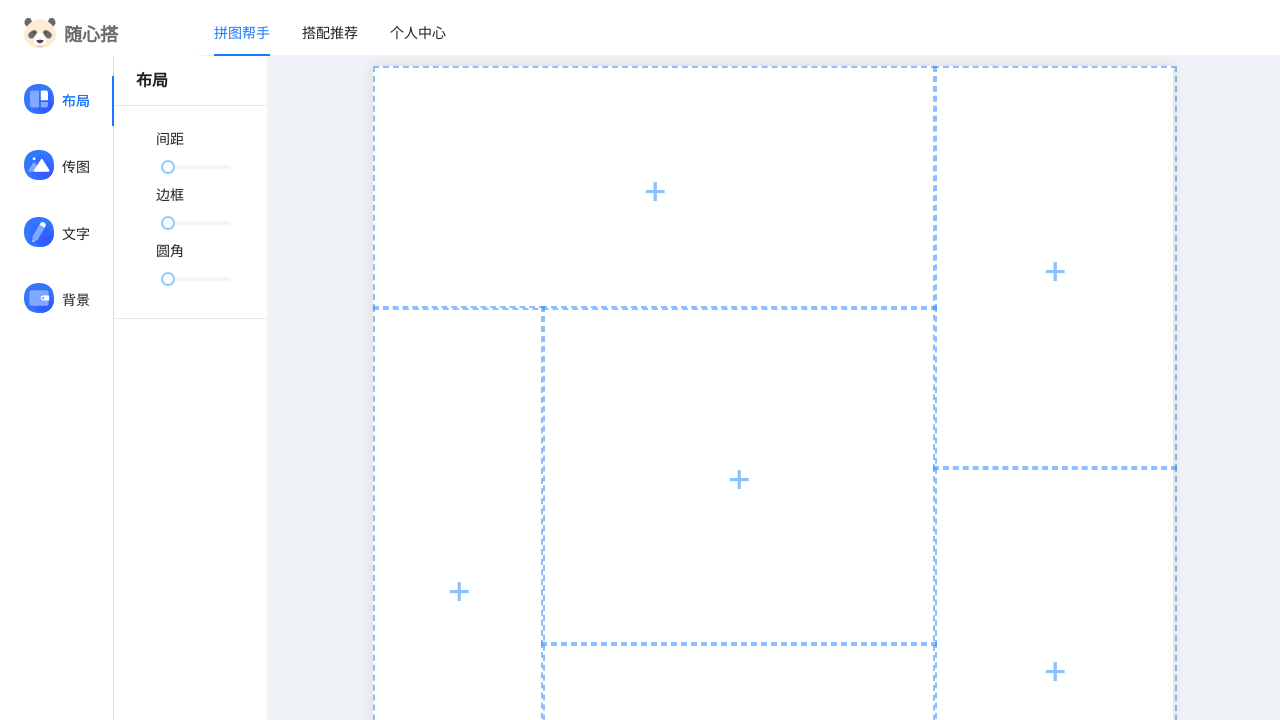
Repository: zzq1101921989/low-code
Page: /
These files come from the project's save history. The page is drawn as it stood at one moment and after the next save; the edit follows.
The browser window is 1280 px wide. The pictures show the whole page.
The project was rebuilt for these pictures with package versions that can differ from the ones it lists, and the page was loaded fresh each time. Also part of the build but not shown: vite.config.ts, src/pages/admin/index.tsx, src/components/icon/ClothesIcon.tsx, src/components/icon/HairIcon.tsx, src/components/icon/PantsIcon.tsx, src/components/icon/ShoeIcon.tsx, src/pages/recommend/index.tsx.

Above is the page before, as saved 2023-05-22 00:41:22.

### index.html
<!DOCTYPE html>
<html lang="en">
  <head>
    <meta charset="UTF-8" />
    <link rel="icon" type="image/svg+xml" href="/vite.svg" />
    <meta name="viewport" content="width=device-width, initial-scale=1.0" />
    <title>搭配选择困难症？不懂搭？就来随心搭，找到属于自己的穿搭技巧</title>
  </head>
  <body>
    <div id="root"></div>
    <script type="module" src="/src/main.tsx"></script>
  </body>
</html>

### src/main.tsx
import ReactDOM from "react-dom/client";
import App from "./App";
import "./reset.css";

ReactDOM.createRoot(document.getElementById("root") as HTMLElement).render(
  <App />
);

### src/App.tsx
import { BrowserRouter, Navigate, Route, Routes } from "react-router-dom";
import LayoutComponent from "./components/layout";
import { routerConfig } from "./routers";

const App = () => {
  return (
    <BrowserRouter>
      <Routes>
        <Route path="/" element={<LayoutComponent />}>
          {/* 重定向 */}
          <Route path="/" element={<Navigate to="/home" />} />
          {routerConfig.map((item) => (
            <Route path={item.path} key={item.name} element={item.element} />
          ))}
        </Route>
        <Route path="*" element={<div>404</div>} />
      </Routes>
    </BrowserRouter>
  );
};

export default App;

### src/reset.css
html,body,div,span,applet,object,h1,h2,h3,h4,h5,h6,p,blockquote,pre,a,abbr,acronym,address,big,cite,code,del,dfn,em,img,ins,kbd,q,s,samp,small,strike,strong,sub,sup,tt,var,b,u,i,center,dl,dt,dd,ol,ul,li,fieldset,form,label,legend,table,caption,tbody,tfoot,thead,tr,th,td,article,aside,canvas,details,embed,figure,figcaption,footer,header,hgroup,menu,nav,output,ruby,section,summary,time,mark,audio,video {
	margin:0;
	padding:0;
	border:0;
	font-size:100%;
	font:inherit;
	font-weight:normal;
	vertical-align:baseline;
}
/* HTML5 display-role reset for older browsers */
article,aside,details,figcaption,figure,footer,header,hgroup,menu,nav,section {
	display:block;
}
ol,ul,li {
	list-style:none;
}
blockquote,q {
	quotes:none;
}
blockquote:before,blockquote:after,q:before,q:after {
	content:'';
	content:none;
}
table {
	border-collapse:collapse;
	border-spacing:0;
}
th,td {
	vertical-align:middle;
}
/* custom */
a {
	outline:none;
	color:#16418a;
	text-decoration:none;
	-webkit-backface-visibility: hidden;
}
a:focus {
	outline:none;
}
input:focus,select:focus,textarea:focus {
	outline:-webkit-focus-ring-color auto 0;
}

### src/routers/index.tsx
import { RouteObject } from "react-router-dom";
import Admin from "../pages/admin";
import Home from "../pages/home";
import Recommend from "../pages/recommend";

export const routerConfig: (RouteObject & { name: string })[] = [
  {
    path: "home",
    name: "拼图帮手",
    element: <Home />,
  },
  {
    path: "recommend",
    name: "搭配推荐",
    element: <Recommend />,
  },
  {
    path: "admin",
    name: "个人中心",
    element: <Admin />,
  },
];

### src/components/header/index.tsx
import { Menu, MenuProps } from "antd";
import { Link, useLocation } from "react-router-dom";
import { routerConfig } from "../../routers";

export default function HeaderComponent() {

  const locaiton = useLocation();

  const items: MenuProps["items"] = routerConfig.map((key) => ({
    key: key.path,
    label: <Link to={`/${key.path}`}>{key.name}</Link>,
  }));

  return (
    <Menu
      style={{ flex: 1 }}
      mode="horizontal"
      selectedKeys={[locaiton.pathname.split("/")[1]]}
      items={items}
    />
  );
}

### src/components/layout/index.module.less
.syd-layout {
  width: 100%;
  height: 100vh;
  display: flex;
  flex-direction: column;
  overflow: hidden;
  .syd-header {
    display: flex;
    width: 100%;
    align-items: center;
    padding: 10px 24px 0 24px;
    background-color: #fff;
    .logo {
      margin-right: 80px;
    }
  }
  .syd-content {
    flex: auto;
    background: #eff2f6;
  }
}

### src/pages/home/index.tsx
import { Col, Row } from "antd";
import { FC, useState } from "react";
import { DrawImage, Menu } from "./features";
import styles from "./index.module.less";

// 最大的间距是多少
const maxPedding = 60

// 最大的边框
const maxBorder = 0

const Home: FC = () => {

  const [ paddingPercentage, setPaddingPercentage ] = useState(10)

  // 当前计算出来的间距是多少
  const padding = Math.round(maxPedding * (paddingPercentage / 100))

  return (
    <Row style={{ height: "100%" }} className={styles.homeContainer}>
      <Col xl={5}>
        <Menu paddingPercentage={paddingPercentage} setPaddingPercentage={setPaddingPercentage} />
      </Col>
      <Col xl={19}>
        <DrawImage padding={padding} />
      </Col>
    </Row>
  );
};

export default Home;

### src/pages/home/features/index.tsx
export { default as Area } from './Area';
export { default as DrawImage } from './DrawImage';
export { default as Menu } from './Menu';

### src/pages/home/index.module.less
.homeContainer {
    :global{
        .ant-tabs-tabpane {
            padding-left: 0 !important
        }
        .ant-tabs-nav-wrap {
            padding-top: 20px;
        }
    }
}

### src/pages/home/features/Area/index.tsx
import { FC, ReactNode } from "react";
import styles from "./index.module.less";

interface AreaProps {
  /**
   * @name 头部区域内容
   */
  header: string | ReactNode;

  /**
   * @name 中间区域内容
   */
  centre?: string | ReactNode;
}
const Area: FC<AreaProps> = (props) => {
  const { header, centre } = props;

  return (
    <div className={`${styles["area-container"]}`}>
      <div
        className={`${styles["area-container-header"]} ${styles.padding} ${styles.borderBottom}`}
      >
        {header}
      </div>
      {centre && (
        <div
          className={`${styles["area-container-centre"]} ${styles.padding} ${styles["borderBottom"]}`}
        >
          {centre}
        </div>
      )}
    </div>
  );
};

export default Area;

### src/pages/home/features/DrawImage/index.tsx
import { FC, useEffect, useRef, useState } from "react";
import { ContextMenu } from "../../components";
import LayoutBox, { LayoutConfig } from "./LayoutBox";

const initContextMenu = {
  open: false,
  x: 0,
  y: 0,
};

// 每行最多能有多少box
const containerWidth = 800;
const containerHeight = 800;

type DrawImageProps = {
  /**
   * 间距
   */
  padding: number;
};

const DrawImage: FC<DrawImageProps> = (props) => {
  const { padding } = props;

  const ele = useRef<HTMLDivElement | null>(null);

  // 记录一下当前点击的容器
  const pendingUplaodBox = useRef<ParentNode | null>(null);

  const fileRef = useRef<HTMLInputElement | null>(null);

  const [contextMenu, setContextMenu] = useState<{
    open: boolean;
    x: number;
    y: number;
  }>(initContextMenu);

  const [activeBoxIndex, setActiveBoxIndex] = useState<number | undefined>();

  // 组织右键菜单的默认事件
  useEffect(() => {
    const uploadBtn = document.getElementById("uploadBtn");

    const contextmenuFn = (e: MouseEvent) => {
      e.preventDefault();
    };

    const mousedownFn = (e: MouseEvent) => {
      if (e.target && (e.button === 0 || e.button === 2)) {
        // 获取上传区域的dom
        const type = (e.target as HTMLElement).getAttribute("data-type");
        const index = (e.target as HTMLElement).getAttribute("data-index");
        if (type === "add") {
          const offsetLeftTotal =
            ele.current!.offsetLeft +
            (ele.current!.parentNode as HTMLElement | null)!.offsetLeft;
          const offsetTopTotal =
            ele.current!.offsetTop +
            (ele.current!.parentNode as HTMLElement | null)!.offsetTop;
          setContextMenu({
            open: true,
            x: e.clientX - offsetLeftTotal,
            y: e.clientY - offsetTopTotal + 10,
          });
          setActiveBoxIndex(Number(index));
          pendingUplaodBox.current = (e.target as HTMLElement).parentNode;
        }
      }
    };

    const click = () => {
      fileRef.current?.click();
    };

    const readerFile = (e: any) => {
      const file = e.target.files[0];
      const urlData = URL.createObjectURL(file);
      const container = pendingUplaodBox.current as HTMLElement;
      const image = container.getElementsByTagName("image")[0];
      if (image) {
        const clientWidth = container.clientWidth;
        const clientHeight = container.clientHeight;

        // 显示图片
        image.setAttributeNS(
          "http://www.w3.org/1999/xlink",
          "xlink:href",
          urlData
        );

        // 防止内存泄露，释放图片内存
        image.addEventListener("load", () => {
          URL.revokeObjectURL(urlData);
        });

        // 解决上传同一个文件，浏览器认为没变化，而造成读取失败的问题
        fileRef.current!.value = "";

        (container.parentNode as HTMLElement)!.style.width = clientWidth + "px";
        (container.parentNode as HTMLElement)!.style.height =
          clientHeight + "px";
      }
      setContextMenu(initContextMenu);
    };

    uploadBtn?.addEventListener("click", click);

    fileRef.current?.addEventListener("change", readerFile);

    if (ele.current) {
      ele.current.addEventListener("contextmenu", contextmenuFn);
      ele.current.addEventListener("mousedown", mousedownFn);
    }

    return () => {
      uploadBtn?.removeEventListener("click", click);
      fileRef.current?.removeEventListener("change", readerFile);
      ele.current?.removeEventListener("contextmenu", contextmenuFn);
      ele.current?.removeEventListener("mousedown", mousedownFn);
    };
  }, []);

  // 定义一个索引，表示每个ItemBox的编号
  let itemIndex = 0;

  /**
   * direction 代表排列方向
   * width 取小数，代表的是百分比
   */
  const layoutConfig: LayoutConfig[] = [
    {
      direction: "left",
      width: 1,
      height: 1,
      value: [
        {
          direction: "top",
          width: 0.7,
          height: 1,
          value: [
            {
              direction: "none",
              width: 1,
              height: 0.3,
            },
            {
              direction: "left",
              width: 1,
              height: 0.7,
              value: [
                {
                  width: 0.3,
                  height: 1,
                  direction: "none",
                },
                {
                  direction: "top",
                  width: 0.7,
                  height: 1,
                  value: [
                    {
                      direction: "none",
                      width: 1,
                      height: 0.6,
                    },
                    {
                      direction: "none",
                      width: 1,
                      height: 0.4,
                    },
                  ],
                },
              ],
            },
          ],
        },
        {
          direction: "top",
          width: 0.3,
          height: 1,
          value: [
            {
              direction: "none",
              width: 1,
              height: 0.5,
            },
            {
              direction: "none",
              width: 1,
              height: 0.5,
            },
          ],
        },
      ],
    }
  ];

  return (
    <div
      ref={ele}
      style={{
        position: "relative",
        width: containerWidth,
        height: containerHeight,
        margin: "10px auto",
        background: "#fff",
        boxShadow: "0 0 10px #d9d6d6",
      }}
    >
      <LayoutBox
        layoutConfig={layoutConfig}
        containerWidth={containerWidth}
        containerHeight={containerHeight}
        padding={padding}
      />

      {/* <Row gutter={[16, 16]} style={{ height: "100%" }}>
        <Col span={24}>
          <ItemBox areaHeight={2 * 200} dataIndex={itemIndex} activeIndex={activeBoxIndex} />
        </Col>
        <Col span={24}>
          <Row gutter={[16, 16]} style={{ height: "100%" }}>
            <Col span={12}>
              <ItemBox areaHeight={2 * 200} dataIndex={++itemIndex} activeIndex={activeBoxIndex} />
            </Col>
            <Col span={12}>
              <Row gutter={[16, 16]} style={{ height: "100%" }}>
                <Col span={24}>
                  <ItemBox
                    areaHeight={200}
                    dataIndex={++itemIndex}
                    activeIndex={activeBoxIndex}
                  />
                </Col>
                <Col span={24}>
                  <ItemBox
                    areaHeight={200}
                    dataIndex={++itemIndex}
                    activeIndex={activeBoxIndex}
                  />
                </Col>
              </Row>
            </Col>
          </Row>
        </Col>
      </Row> */}
      <ContextMenu
        left={contextMenu.x}
        top={contextMenu.y}
        open={contextMenu.open}
      />
      {/* 上传元素 */}
      <input
        ref={fileRef}
        type="file"
        id="cellImgPicker"
        accept="image/jpeg,image/png"
        style={{ display: "none" }}
      />
    </div>
  );
};

export default DrawImage;

### src/pages/home/features/Menu/index.tsx
import { Slider, Space, Tabs, TabsProps } from "antd";
import { Dispatch, FC } from "react";
import { Area } from "..";
import {
  ColorIcon,
  ImageIcon,
  LayoutIcon,
  TextIcon,
} from "../../../../components/icon";

type MenuProps = {
  /**
   * 间距百分比
   */
  paddingPercentage: number
  setPaddingPercentage: Dispatch<React.SetStateAction<number>>
}

/**
 * 导航栏组件
 */
const Menu: FC<MenuProps> = (props) => {

  const { paddingPercentage, setPaddingPercentage } = props;

  const items: TabsProps["items"] = [
    {
      label: (
        <Space>
          <LayoutIcon />
          布局
        </Space>
      ),
      key: "1",
      children: (
        <Area
          header="布局"
          centre={
            <div
              style={{
                width: "100%",
                display: "flex",
                flexDirection: "column",
                padding: '10px 20px',
                boxSizing: 'border-box'
              }}
            >
              <div>
                间距
                <Slider defaultValue={paddingPercentage} onChange={setPaddingPercentage} />
              </div>
              <div>
                边框
                <Slider defaultValue={10} />
              </div>
              <div>
                圆角
                <Slider defaultValue={10} />
              </div>
            </div>
          }
        />
      ),
    },
    {
      label: (
        <Space>
          <ImageIcon />
          传图
        </Space>
      ),
      key: "2",
      children: "",
    },
    {
      label: (
        <Space>
          <TextIcon />
          文字
        </Space>
      ),
      key: "3",
      children: "",
    },
    {
      label: (
        <Space>
          <ColorIcon />
          背景
        </Space>
      ),
      key: "4",
      children: "",
    },
  ];

  return (
    <Tabs
      tabPosition="left"
      items={items}
      style={{ background: "#fff", height: "100%" }}
    />
  );
}

export default Menu

### src/pages/home/features/Area/index.module.less
.area-container {
    width: 100%;
    .area-container-header {
        font-size: 18px;
    }
    .area-container-header {
        font-size: 16px;
        font-weight: bold;
    }
}
.padding {
    padding: 12px 12px 12px 22px;
}
.borderBottom {
    border-bottom: 1px solid #e9e9e9;
}

### src/pages/home/components/index.tsx
export { default as ItemBox } from './ItemBox';
export { default as ContextMenu } from './contextmenu';

### src/pages/home/features/DrawImage/LayoutBox/index.tsx
import { DOMElement, FC, createElement } from 'react'
import { ItemBox } from '../../../components'

export type LayoutConfig = {
    direction: 'top' | 'left' | 'none',
    width: number,
    height: number,
    value?: LayoutConfig[]
}

type LayoutBoxProps = {

    /**
     * 布局配置
     */
    layoutConfig: LayoutConfig[]

    /**
     * 容器最大宽度
     */
    containerWidth: number,


    /**
     * 容器最大高度
     */
    containerHeight: number,

    /**
     * 间距
     */
    padding: number,
}
const LayoutBox: FC<LayoutBoxProps> = (props) => {

    const { layoutConfig, containerWidth, containerHeight, padding } = props;

    const handlerCreateElement = (config: LayoutConfig[], orgiginWidth: number, orgiginHeight: number): (DOMElement<any, any> | React.ReactNode) []  => {
        const ele = config.map(item => {

            const width = orgiginWidth * item.width

            const height = orgiginHeight * item.height

            const children = item.value || []

            return createElement('div', {
                className: 'edit-container',
                style: {
                    display: item.direction === 'left' ? 'flex' : 'block',
                    width,
                    height
                }
            }, children.length ? handlerCreateElement(children, width, height) : <ItemBox dataIndex={0} />)

        })

        return ele
    }

    return <>{handlerCreateElement(layoutConfig, containerWidth, containerHeight)}</>
}

export default LayoutBox

### src/components/icon/index.tsx
export { default as ClothesIcon } from "./ClothesIcon";
export { default as ColorIcon } from "./ColorIcon";
export { default as HairIcon } from "./HairIcon";
export { default as ImageIcon } from "./ImageIcon";
export { default as LayoutIcon } from "./LayoutIcon";
export { default as PantsIcon } from "./PantsIcon";
export { default as ShoeIcon } from "./ShoeIcon";
export { default as TextIcon } from "./TextIcon";

### src/pages/home/components/ItemBox/index.tsx
import { FC, memo, useRef, useState } from "react";
import styles from "./index.module.less";

interface ItemBoxProps {
  /**
   * 当前选中的焦点区域
   */
  activeIndex?: number;

  /**
   * 当前组件的索引
   */
  dataIndex: number;

}

const ItemBox: FC<ItemBoxProps> = (props) => {

  const { activeIndex, dataIndex } = props;

  const [openAddMask, setOpenAddMask] = useState(true);

  const image = useRef<SVGImageElement | null>(null)

  image.current?.addEventListener('load', () => {
    setOpenAddMask(false)
  })

  return (
    <div
      className={styles.itemBox}
      style={{
        border: `2px ${
          activeIndex === dataIndex ? "solid #2354f4" : "dashed #1e80ff80"
        }`,
      }}
    >
      <svg
        view-box="0 0 367.3725 367.3725"
        xmlns="http://www.w3.org/2000/svg"
        xmlnsXlink="http://www.w3.org/1999/xlink"
      >
        <g
          style={{
            transform: "matrix(1, 0, 0, 1, 0, 0)",
          }}
        >
          <image ref={image} />
        </g>
      </svg>
      <span className={styles.close}>
        <svg
          version="1.1"
          id="图层_1"
          xmlns="http://www.w3.org/2000/svg"
          xmlnsXlink="http://www.w3.org/1999/xlink"
          x="0px"
          y="0px"
          viewBox="0 0 16 16"
        >
          <path
            d="M11.8,1.6l-0.7,0.7L7.8,5.6L4.6,2.3L3.9,1.6L3.1,2.3L2,3.4L1.3,4.1L2,4.8l3.3,3.3L2,11.4l-0.7,0.7L2,12.8 L3.1,14l0.7,0.7L4.6,14l3.3-3.3l3.3,3.3l0.7,0.7l0.7-0.7l1.1-1.1l0.7-0.7l-0.7-0.7l-3.3-3.3l3.3-3.3l0.7-0.7l-0.7-0.7l-1.1-1.1 L11.8,1.6L11.8,1.6z"
            style={{
              opacity: 0.9,
              fill: "rgb(255, 255, 255)",
            }}
          ></path>{" "}
          <g>
            <polygon points="13,4.1 11.8,3 7.8,7 3.9,3 2.7,4.1 6.7,8.1 2.7,12.1 3.9,13.3 7.8,9.3 11.8,13.3 13,12.1 9,8.1 	"></polygon>
          </g>
        </svg>
      </span>
      <span
        style={{
          display: openAddMask ? "flex" : "none",
        }}
        className={styles.add}
        data-type="add"
        data-index={dataIndex}
      >
        +
      </span>
    </div>
  );
};
export default memo(ItemBox);

### src/pages/home/components/contextmenu/index.tsx
import { Space } from "antd";
import { FC } from "react";
import styles from "./index.module.less";

type ContextMenuProps = {
  /**
   * @name left 距离
   */
  left: number;

  /**
   * @name top 距离
   */
  top: number;

  /**
   * @name 是否打开
   */
  open: boolean;
};
const ContextMenu: FC<ContextMenuProps> = (props) => {
  const { left, top, open } = props;

  return (
    <div
      className={styles.contextMenu}
      style={{ left, top, display: open ? "block" : "none" }}
    >
      <div className={styles.contextMenuItem} id="uploadBtn">
        <Space>
          <svg
            xmlns="http://www.w3.org/2000/svg"
            xmlnsXlink="http://www.w3.org/1999/xlink"
            version="1.1"
            id="图层_1"
            x="0px"
            y="0px"
            viewBox="0 0 16 16"
            enableBackground="new 0 0 16 16"
            xmlSpace="preserve"
          >
            <path d="M3.5,7C2.672,7,2,6.328,2,5.5S2.672,4,3.5,4S5,4.672,5,5.5S4.328,7,3.5,7z M1,2h13c0.552,0,1,0.448,1,1v10  c0,0.552-0.448,1-1,1H1c-0.552,0-1-0.448-1-1V3C0,2.448,0.448,2,1,2z M14,11.294V3H1v10h0.297l5.687-5l4.433,5h0.661l-1.916-2.267  l1.843-1.77L14,11.294z"></path>
          </svg>
          添加图片
        </Space>
      </div>
      <div className={styles.contextMenuItem}>
        <Space>
          <svg
            xmlns="http://www.w3.org/2000/svg"
            xmlnsXlink="http://www.w3.org/1999/xlink"
            version="1.1"
            id="图层_1"
            x="0px"
            y="0px"
            viewBox="0 0 16 16"
            enableBackground="new 0 0 16 16"
            xmlSpace="preserve"
          >
            <path
              fillRule="evenodd"
              clipRule="evenodd"
              d="M14.984,13.169C15.169,15.754,13.748,16,12.512,16  c-1.236,0-2.781-0.308-2.472-2.831C10.225,11.631,12.512,8,12.512,8S14.86,11.815,14.984,13.169z M13,7.051  c0,0.203-0.103,0.457-0.258,0.659l-5.829,5.986c-0.413,0.406-1.032,0.406-1.444,0L0.31,8.42c-0.413-0.457-0.413-1.116,0-1.522  l3.663-3.754L1.806,0.913c-0.206-0.203-0.206-0.507,0-0.761c0.206-0.203,0.516-0.203,0.722,0l2.167,2.283L6.19,0.913  c0.413-0.406,1.032-0.406,1.444,0l5.056,5.275C12.948,6.442,13,6.746,13,7.051z M1.97,6.611h9.848L6.869,1.556l-1.4,1.458  l1.75,1.799c0.2,0.194,0.2,0.535,0,0.729c-0.2,0.194-0.5,0.194-0.7,0l-1.75-1.799L1.97,6.611z"
            ></path>
          </svg>
          填充背景
        </Space>
      </div>
    </div>
  );
};
export default ContextMenu;

### src/pages/home/components/ItemBox/index.module.less
.itemBox {
    position: relative;
    width: 100%;
    height: 100%;
    .close {
        width: 16px;
        height: 16px;
        display: none;
        position: absolute;
        right: 10px;
        top: 10px;
    }
    .add {
        position: relative;
        z-index: 9;
        width: 100%;
        height: 100%;
        justify-content: center;
        align-items: center;
        text-align: center;
        margin: 0 auto;
        font-size: 40px;
        color: #1e80ff80;
        user-select: none
    }
    >svg{
        height: 100%;
        width: 100%;
        position: absolute;
        left: 0;
        top: 0;
    }
    &:hover {
        border: 2px solid #2354f4 !important;
        .close {
            display: block;
        }
    }
}

### src/pages/home/components/contextmenu/index.module.less
.contextMenu {
    position: absolute;
    z-index: 10;
    width: 126px;
    padding: 5px 0;
    background-color: #fff;
    box-shadow: 0 0 5px #ccc;
    border-radius: 5px;
    cursor: pointer;
    .contextMenuItem {
        width: 100%;
        user-select: none;
        line-height: 36px;
        color: #333;
        text-align: center;
        font-size: 13px;
        svg {
            width: 15px;
            height: 15px;
        }
        &:hover {
            background: #1a7eff;
            color: #fff;
        }
    }
}

Loaded but not shown: src/components/layout/index.tsx (69 lines, source omitted); src/components/icon/LayoutIcon.tsx (48 lines, source omitted); src/components/icon/ColorIcon.tsx (53 lines, source omitted); src/components/icon/ImageIcon.tsx (53 lines, source omitted); src/components/icon/TextIcon.tsx (48 lines, source omitted)

After the next save:
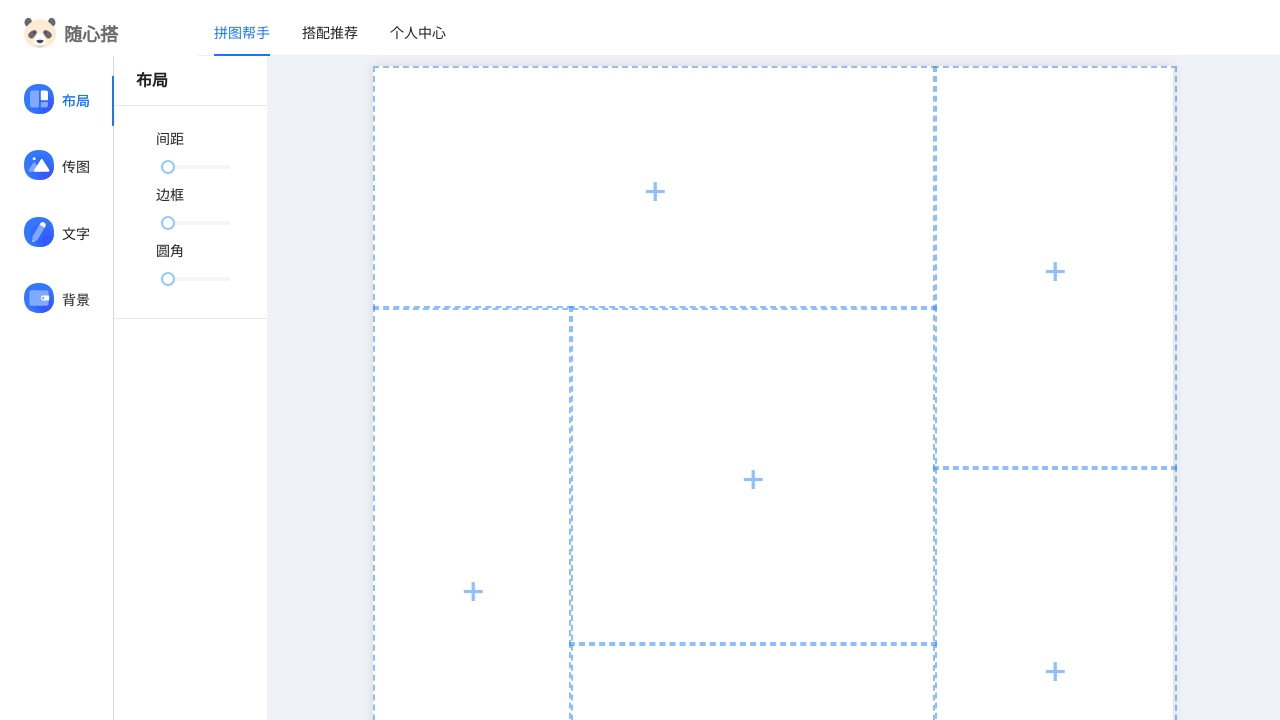
Saved 3 days later.
--- a/src/pages/home/features/DrawImage/index.tsx
+++ b/src/pages/home/features/DrawImage/index.tsx
@@ -149,13 +149,13 @@ const DrawImage: FC<DrawImageProps> = (props) => {
               height: 0.7,
               value: [
                 {
-                  width: 0.3,
+                  width: 0.35,
                   height: 1,
                   direction: "none",
                 },
                 {
                   direction: "top",
-                  width: 0.7,
+                  width: 0.65,
                   height: 1,
                   value: [
                     {
